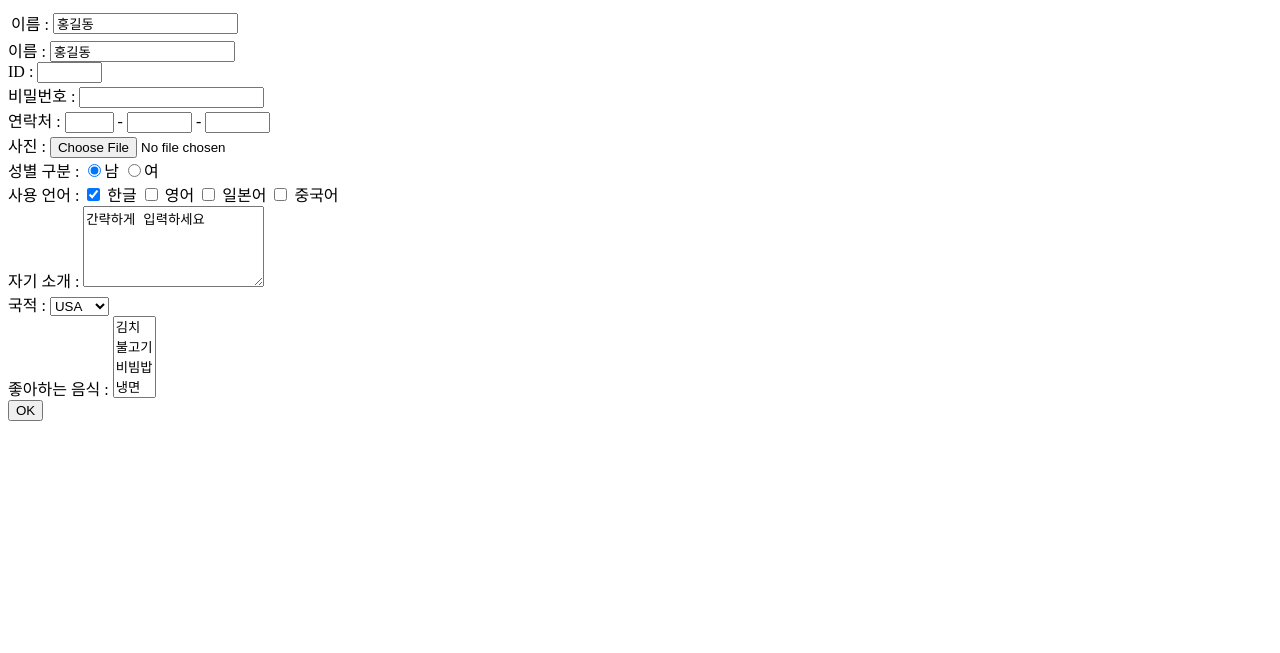
Repository: HyeogDo/Study_Java
Page: JSP/HTML/src/main/webapp/Lec07.html
An editor plug-in stored every save of this project. The page is shown before and after the next save, followed by the edit.
The browser window is 1280 px wide. The pictures show the whole page.

Above is the page before, as saved 2022-03-15 05:30:47.

After the next save:
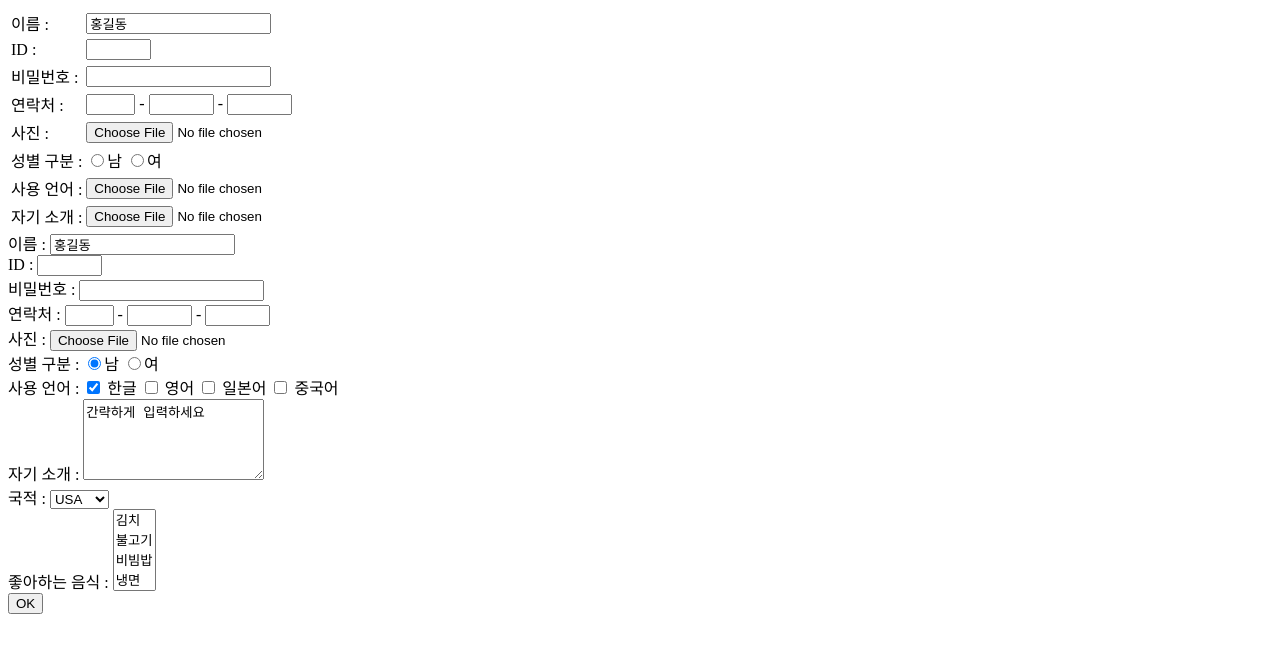
Saved 2 min 31 s later.
--- a/JSP/HTML/src/main/webapp/Lec07.html
+++ b/JSP/HTML/src/main/webapp/Lec07.html
@@ -10,6 +10,35 @@
 				<tr>
 					<td>이름 : </td>
 					<td> <input type="text" name="userName" value="홍길동"></td>
+				</tr>
+				<tr>
+					<td>ID : </td>
+					<td> <input type="text" name="userId" size="5"></td>
+				</tr>
+				<tr>
+					<td>비밀번호 : </td>
+					<td> <input type="password" name="userPassword"></td>
+				</tr>
+				<tr>
+					<td>연락처 : </td>
+					<td><input type="text" name="userPhoneNum1" size = "3" maxlength="3"> - <input type="text" name="userPhoneNum2" size = "5" maxlength="4" > - <input type="text" name="userPhoneNum3" size = "5" maxlength="4"></td>
+				</tr>
+				<tr>
+					<td>사진 : </td>
+					<td> <input type="file" name="picture"></td>
+				</tr>
+				<tr>
+					<td>성별 구분 : </td>
+					<td> <input type="radio" name="gender" value="man" checked="checked">남
+					<input type="radio" name="gender" value="woman" >여</td>
+				</tr>
+				<tr>
+					<td>사용 언어 : </td>
+					<td> <input type="file" name="picture"></td>
+				</tr>
+				<tr>
+					<td>자기 소개 : </td>
+					<td> <input type="file" name="picture"></td>
 				</tr>
 			</table>
 			이름 : <input type="text" name="userName" value="홍길동"><br>
